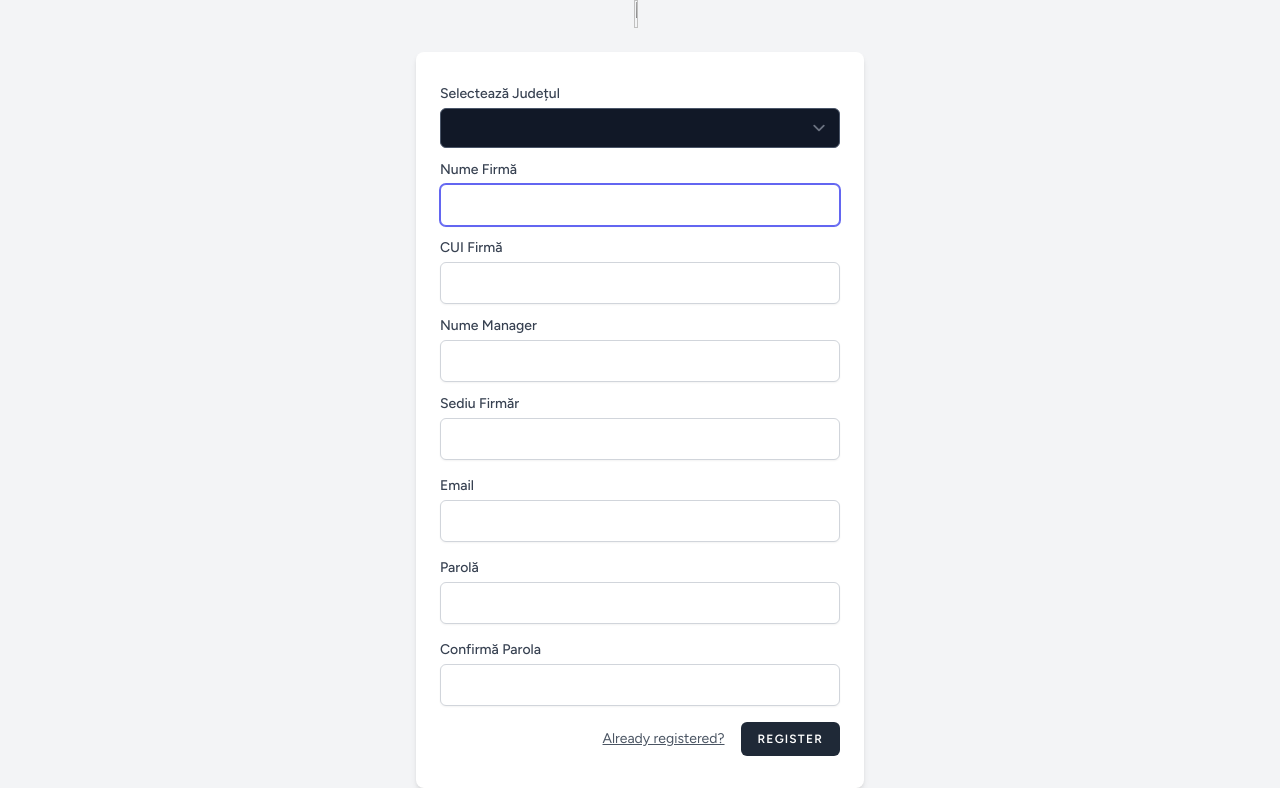
Repository: cosmin05072018/fantastic-events-manager
Page: http://localhost/register
The author's editor kept a copy of each file at every save. The page is drawn from the files as they stood at one save, then again after the next save.
The browser window is 1280 px wide. The pictures show the whole page.
The page is served by the project's Laravel application, run on PHP 8.4 with Laravel 10. Other server files are loaded and not shown. Style sheets and scripts are compiled from the project's sources, by tool versions that may differ from the author's.

Above is the page before, as saved 2024-11-03 18:28:46.

### routes/web.php
<?php

use App\Http\Controllers\ProfileController;
use Illuminate\Support\Facades\Route;

/*
|--------------------------------------------------------------------------
| Web Routes
|--------------------------------------------------------------------------
|
| Here is where you can register web routes for your application. These
| routes are loaded by the RouteServiceProvider and all of them will
| be assigned to the "web" middleware group. Make something great!
|
*/

Route::get('/', function () {
    return view('startApp');
});

Route::get('/dashboard', function () {
    return view('dashboard');
})->middleware(['auth', 'verified'])->name('dashboard');

Route::middleware('auth')->group(function () {
    Route::get('/profile', [ProfileController::class, 'edit'])->name('profile.edit');
    Route::patch('/profile', [ProfileController::class, 'update'])->name('profile.update');
    Route::delete('/profile', [ProfileController::class, 'destroy'])->name('profile.destroy');
});

require __DIR__.'/auth.php';

### resources/views/auth/register.blade.php
<style>
    .logo-img {
        width: 100%;
        display: flex;
        align-items: center;
        justify-content: center;
    }

    select {
        background-color: #111827 !important; /* Fundal întunecat */
        color: #cbd5e0 !important; /* Text deschis la culoare */
        border: 1px solid #4a5568 !important; /* Bordură similară cu celelalte câmpuri */
        padding: 0.5rem !important;
        border-radius: 0.375rem !important; /* Rotunjirea colțurilor */
        height: 40px !important; /* Înălțime similară */
        width: 100% !important; /* Se extinde pe toată lățimea */
        appearance: none !important; /* Îndepărtează stilul implicit pentru browsere */
    }

    /* Săgeata din dreapta pentru select */
    select::-ms-expand {
        display: none !important; /* Ascunde săgeata în Internet Explorer */
    }

    /* Stil pentru placeholder */
    select option[value=""][disabled] {
        color: #a0aec0 !important; /* Culoare mai pală pentru placeholder */
    }

    /* Hover și focus pentru select */
    select:hover, select:focus {
        border-color: #718096 !important; /* Culoare pentru border la hover și focus */
        outline: none !important;
    }
</style>

<x-guest-layout>
    <form method="POST" action="{{ route('register') }}">
        @csrf

        <!-- Județ -->
    <div class="mt-4">
        <x-input-label for="county" :value="__('Selectează Județul')" />
        <select id="county" name="county" class="block mt-1 w-full select2" required>
            <option value=""></option>
            <option value="Alba">Alba</option>
            <option value="Arad">Arad</option>
            <option value="Argeș">Argeș</option>
            <option value="Bacău">Bacău</option>
            <option value="Bihor">Bihor</option>
            <option value="Bistrița-Năsăud">Bistrița-Năsăud</option>
            <option value="Botoșani">Botoșani</option>
            <option value="Brașov">Brașov</option>
            <option value="Brăila">Brăila</option>
            <option value="București">București</option>
            <option value="Buzău">Buzău</option>
            <option value="Caraș-Severin">Caraș-Severin</option>
            <option value="Călărași">Călărași</option>
            <option value="Cluj">Cluj</option>
            <option value="Constanța">Constanța</option>
            <option value="Covasna">Covasna</option>
            <option value="Dâmbovița">Dâmbovița</option>
            <option value="Dolj">Dolj</option>
            <option value="Galați">Galați</option>
            <option value="Giurgiu">Giurgiu</option>
            <option value="Gorj">Gorj</option>
            <option value="Harghita">Harghita</option>
            <option value="Hunedoara">Hunedoara</option>
            <option value="Ialomița">Ialomița</option>
            <option value="Iași">Iași</option>
            <option value="Ilfov">Ilfov</option>
            <option value="Maramureș">Maramureș</option>
            <option value="Mehedinți">Mehedinți</option>
            <option value="Mureș">Mureș</option>
            <option value="Neamț">Neamț</option>
            <option value="Olt">Olt</option>
            <option value="Prahova">Prahova</option>
            <option value="Satu Mare">Satu Mare</option>
            <option value="Sălaj">Sălaj</option>
            <option value="Sibiu">Sibiu</option>
            <option value="Suceava">Suceava</option>
            <option value="Teleorman">Teleorman</option>
            <option value="Timiș">Timiș</option>
            <option value="Tulcea">Tulcea</option>
            <option value="Vaslui">Vaslui</option>
            <option value="Vâlcea">Vâlcea</option>
            <option value="Vrancea">Vrancea</option>
        </select>
        <x-input-error :messages="$errors->get('county')" class="mt-2" />
    </div>

        <!-- Nume Firmă -->
        <div>
            <x-input-label for="name" class="mt-3" :value="__('Nume Firmă')" />
            <x-text-input id="name" class="block mt-1 w-full" type="text" name="name" :value="old('name')" required autofocus autocomplete="name" />
            <x-input-error :messages="$errors->get('name')" class="mt-2" />
        </div>

        <!-- CUI Firmă -->
        <div>
            <x-input-label class="mt-3" for="name" :value="__('CUI Firmă')" />
            <x-text-input id="name" class="block mt-1 w-full" type="number" name="name" :value="old('name')" required autofocus autocomplete="name" />
            <x-input-error :messages="$errors->get('name')" class="mt-2" />
        </div>

        <!-- Nume Admin Firmă -->
        <div>
            <x-input-label class="mt-3" for="name" :value="__('Nume Manager')" />
            <x-text-input id="name" class="block mt-1 w-full" type="text" name="name" :value="old('name')" required autofocus autocomplete="name" />
            <x-input-error :messages="$errors->get('name')" class="mt-2" />
        </div>

        <!-- Sediu Firmă -->
        <div>
            <x-input-label class="mt-3" for="name" :value="__('Sediu Firmăr')" />
            <x-text-input id="name" class="block mt-1 w-full" type="text" name="name" :value="old('name')" required autofocus autocomplete="name" />
            <x-input-error :messages="$errors->get('name')" class="mt-2" />
        </div>

        <!-- Email Address -->
        <div class="mt-4">
            <x-input-label for="email" :value="__('Email')" />
            <x-text-input id="email" class="block mt-1 w-full" type="email" name="email" :value="old('email')" required autocomplete="username" />
            <x-input-error :messages="$errors->get('email')" class="mt-2" />
        </div>

        <!-- Password -->
        <div class="mt-4">
            <x-input-label for="password" :value="__('Parolă')" />

            <x-text-input id="password" class="block mt-1 w-full"
                            type="password"
                            name="password"
                            required autocomplete="new-password" />

            <x-input-error :messages="$errors->get('password')" class="mt-2" />
        </div>

        <!-- Confirm Password -->
        <div class="mt-4">
            <x-input-label for="password_confirmation" :value="__('Confirmă Parola')" />

            <x-text-input id="password_confirmation" class="block mt-1 w-full"
                            type="password"
                            name="password_confirmation" required autocomplete="new-password" />

            <x-input-error :messages="$errors->get('password_confirmation')" class="mt-2" />
        </div>

        <div class="flex items-center justify-end mt-4">
            <a class="underline text-sm text-gray-600 dark:text-gray-400 hover:text-gray-900 dark:hover:text-gray-100 rounded-md focus:outline-none focus:ring-2 focus:ring-offset-2 focus:ring-indigo-500 dark:focus:ring-offset-gray-800" href="{{ route('login') }}">
                {{ __('Already registered?') }}
            </a>

            <x-primary-button class="ms-4">
                {{ __('Register') }}
            </x-primary-button>
        </div>
    </form>
</x-guest-layout>

### resources/views/components/application-logo.blade.php
<div class="logo-img">
    <img src="{{ asset('storage/logo.svg') }}" alt="Logo" style="width: 20% !important;">
</div>

Loaded but not shown: routes/auth.php (common file); app/Http/Controllers/Auth/EmailVerificationPromptController.php (common file); app/Http/Controllers/Controller.php (common file); app/Http/Controllers/Auth/VerifyEmailController.php (common file); app/Http/Controllers/Auth/RegisteredUserController.php (common file); app/View/Components/GuestLayout.php (common file); resources/views/components/input-label.blade.php (common file); resources/views/components/input-error.blade.php (common file); resources/views/components/text-input.blade.php (common file); resources/views/components/primary-button.blade.php (common file); resources/views/layouts/guest.blade.php (common file); resources/css/app.css (common file); tailwind.config.js (common file); resources/js/app.js (common file); resources/js/bootstrap.js (common file)

After the next save:
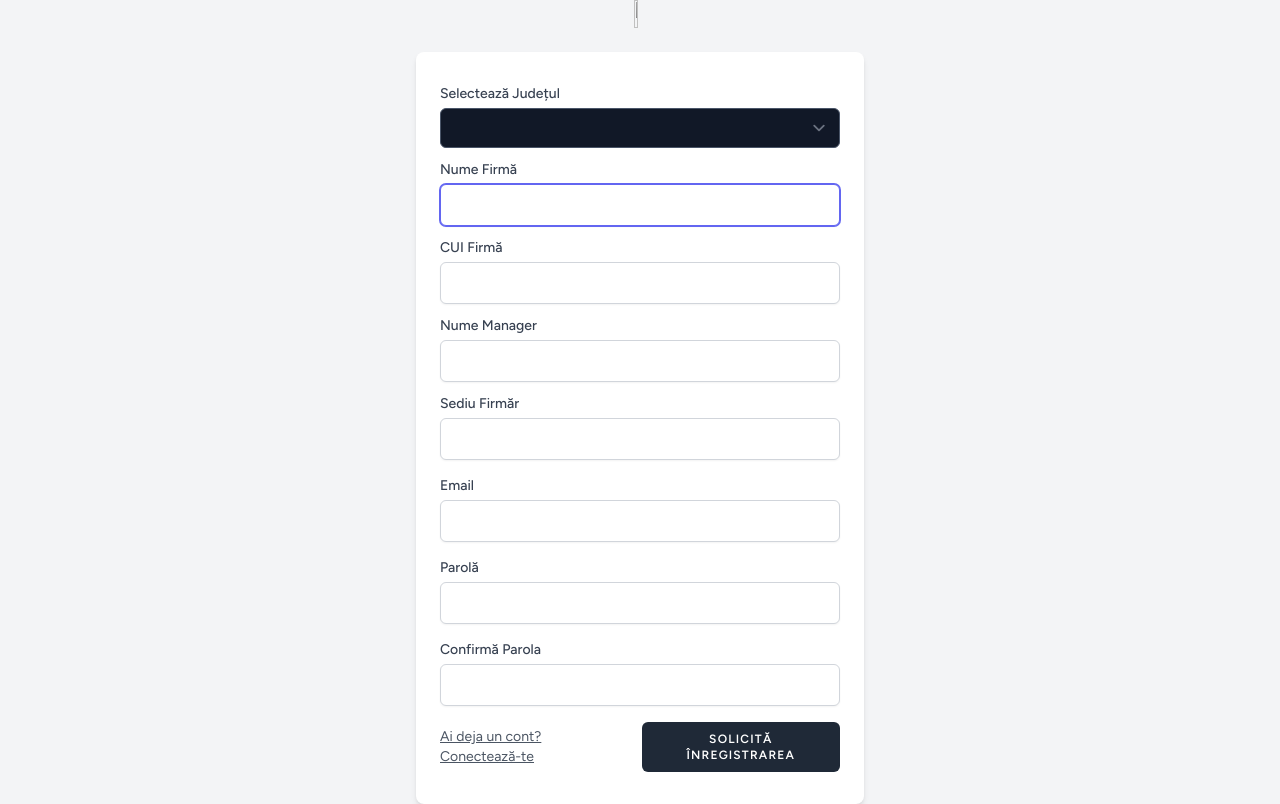
Saved 41 s later.
--- a/resources/views/auth/register.blade.php
+++ b/resources/views/auth/register.blade.php
@@ -149,11 +149,11 @@
 
         <div class="flex items-center justify-end mt-4">
             <a class="underline text-sm text-gray-600 dark:text-gray-400 hover:text-gray-900 dark:hover:text-gray-100 rounded-md focus:outline-none focus:ring-2 focus:ring-offset-2 focus:ring-indigo-500 dark:focus:ring-offset-gray-800" href="{{ route('login') }}">
-                {{ __('Already registered?') }}
+                {{ __('Ai deja un cont? Conectează-te') }}
             </a>
 
             <x-primary-button class="ms-4">
-                {{ __('Register') }}
+                {{ __('Solicită Înregistrarea') }}
             </x-primary-button>
         </div>
     </form>
